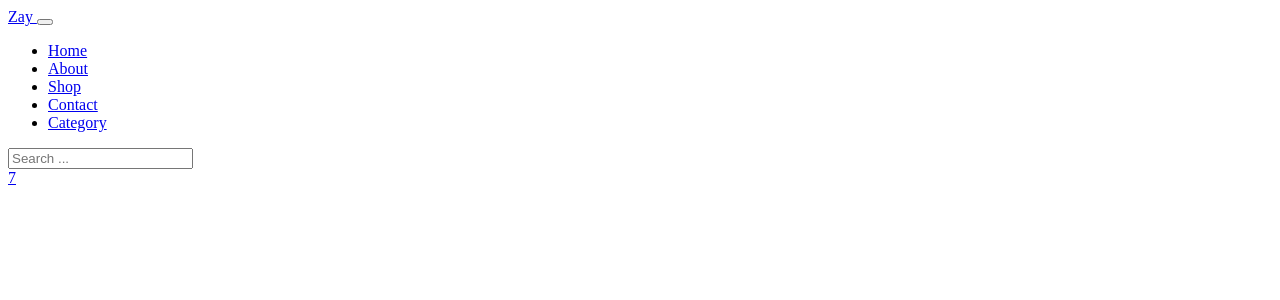
Repository: Carwyn1101/NguyenDinhHongPhuc_22133041
Page: http://localhost/LapTrinhWeb/commons/admin/header.jsp
These files come from the project's save history. The page is drawn as it stood at one moment and after the next save; the edit follows.
The browser window is 1280 px wide. The pictures show the whole page.
The page is served by Tomcat 10. Nobody is signed in. The application's start-up code is not run. Other server files are loaded and not shown.

Above is the page before, as saved 2024-10-08 14:12:11.

### LapTrinhWeb/src/main/webapp/commons/admin/header.jsp
<%@page import="LapTrinhWeb_Cha.models.UserModel"%>
<%@page import="LapTrinhWeb_Cha.controllers.WaitingController"%>
<%@ page language="java" contentType="text/html; charset=ISO-8859-1"
	pageEncoding="ISO-8859-1"%>

<%
// Giả sử bạn đã lưu đối tượng user trong session khi người dùng đăng nhập
UserModel account = (UserModel) session.getAttribute("account");
%>

<nav class="navbar navbar-expand-lg navbar-light shadow">
	<div
		class="container d-flex justify-content-between align-items-center">

		<a class="navbar-brand text-success logo h1 align-self-center"
			href="index.html"> Zay </a>

		<button class="navbar-toggler border-0" type="button"
			data-bs-toggle="collapse" data-bs-target="#templatemo_main_nav"
			aria-controls="navbarSupportedContent" aria-expanded="false"
			aria-label="Toggle navigation">
			<span class="navbar-toggler-icon"></span>
		</button>

		<div
			class="align-self-center collapse navbar-collapse flex-fill  d-lg-flex justify-content-lg-between"
			id="templatemo_main_nav">
			<div class="flex-fill">
				<ul class="nav navbar-nav d-flex justify-content-between mx-lg-auto">
					<li class="nav-item"><a class="nav-link" href="index.html">Home</a>
					</li>
					<li class="nav-item"><a class="nav-link" href="about.html">About</a>
					</li>
					<li class="nav-item"><a class="nav-link" href="shop.html">Shop</a>
					</li>
					<li class="nav-item"><a class="nav-link" href="contact.html">Contact</a>
					</li>
					<li class="nav-item"><a class="nav-link" href="${pageContext.request.contextPath}/admin/categories">Category</a>
					</li>
				</ul>
			</div>
			<div class="navbar align-self-center d-flex">
				<div class="d-lg-none flex-sm-fill mt-3 mb-4 col-7 col-sm-auto pr-3">
					<div class="input-group">
						<input type="text" class="form-control" id="inputMobileSearch"
							placeholder="Search ...">
						<div class="input-group-text">
							<i class="fa fa-fw fa-search"></i>
						</div>
					</div>
				</div>
				<a class="nav-icon d-none d-lg-inline" href="#"
					data-bs-toggle="modal" data-bs-target="#templatemo_search"> <i
					class="fa fa-fw fa-search text-dark mr-2"></i>
				</a> <a class="nav-icon position-relative text-decoration-none" href="#">
					<i class="fa fa-fw fa-cart-arrow-down text-dark mr-1"></i> <span
					class="position-absolute top-0 left-100 translate-middle badge rounded-pill bg-light text-dark">7</span>
				</a>
				<!--  <a class="nav-icon position-relative text-decoration-none" href="#">
                        <i class="fa fa-fw fa-user text-dark mr-3"></i>
                        <span class="position-absolute top-0 left-100 translate-middle badge rounded-pill bg-light text-dark">+99</span>
                    </a> -->

				<%
				if (account != null) {
				%>
				<div class="dropdown">
					<button
						class="btn btn-secondary dropdown-toggle nav-icon position-relative text-decoration-none"
						type="button" id="dropdownMenuButton" data-bs-toggle="dropdown"
						aria-expanded="false">
						<i class="fa fa-fw fa-user text-dark mr-3"></i> <span
							class="position-absolute top-0 left-100 translate-middle badge rounded-pill bg-light text-dark">+99</span>
					</button>
					<ul class="dropdown-menu" aria-labelledby="dropdownMenuButton">
						<li><a class="dropdown-item"
							href='${pageContext.request.contextPath}/logout'>Logout</a></li>
						<li><a class="dropdown-item"
							href='${pageContext.request.contextPath}/profile'>Edit
								Profile</a></li>
					</ul>
				</div>
				<%
				}
				%>
			</div>
		</div>
	</div>
</nav>

After the next save:
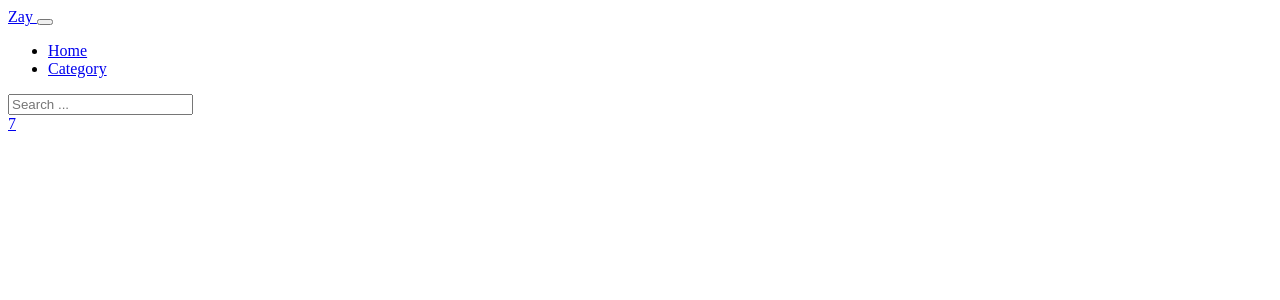
Saved 3 min 8 s later.
--- a/LapTrinhWeb/src/main/webapp/commons/admin/header.jsp
+++ b/LapTrinhWeb/src/main/webapp/commons/admin/header.jsp
@@ -28,12 +28,6 @@
 			<div class="flex-fill">
 				<ul class="nav navbar-nav d-flex justify-content-between mx-lg-auto">
 					<li class="nav-item"><a class="nav-link" href="index.html">Home</a>
-					</li>
-					<li class="nav-item"><a class="nav-link" href="about.html">About</a>
-					</li>
-					<li class="nav-item"><a class="nav-link" href="shop.html">Shop</a>
-					</li>
-					<li class="nav-item"><a class="nav-link" href="contact.html">Contact</a>
 					</li>
 					<li class="nav-item"><a class="nav-link" href="${pageContext.request.contextPath}/admin/categories">Category</a>
 					</li>

After the save that followed:
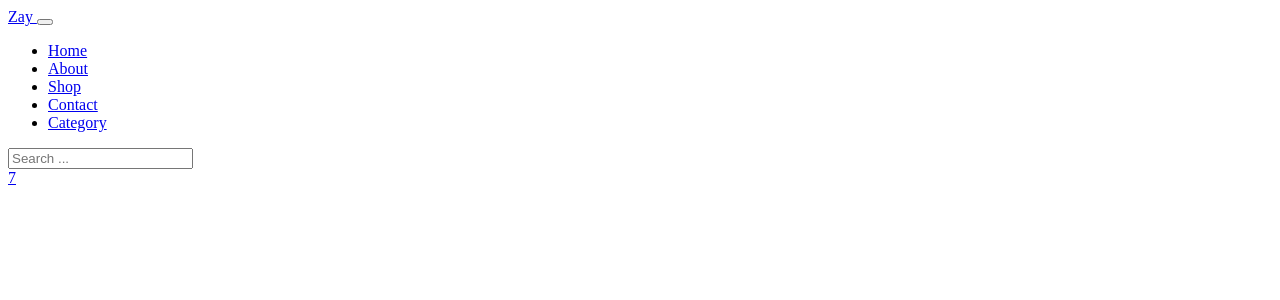
Saved 2 min 5 s later.
--- a/LapTrinhWeb/src/main/webapp/commons/admin/header.jsp
+++ b/LapTrinhWeb/src/main/webapp/commons/admin/header.jsp
@@ -28,6 +28,12 @@
 			<div class="flex-fill">
 				<ul class="nav navbar-nav d-flex justify-content-between mx-lg-auto">
 					<li class="nav-item"><a class="nav-link" href="index.html">Home</a>
+					</li>
+					<li class="nav-item"><a class="nav-link" href="about.html">About</a>
+					</li>
+					<li class="nav-item"><a class="nav-link" href="shop.html">Shop</a>
+					</li>
+					<li class="nav-item"><a class="nav-link" href="contact.html">Contact</a>
 					</li>
 					<li class="nav-item"><a class="nav-link" href="${pageContext.request.contextPath}/admin/categories">Category</a>
 					</li>
